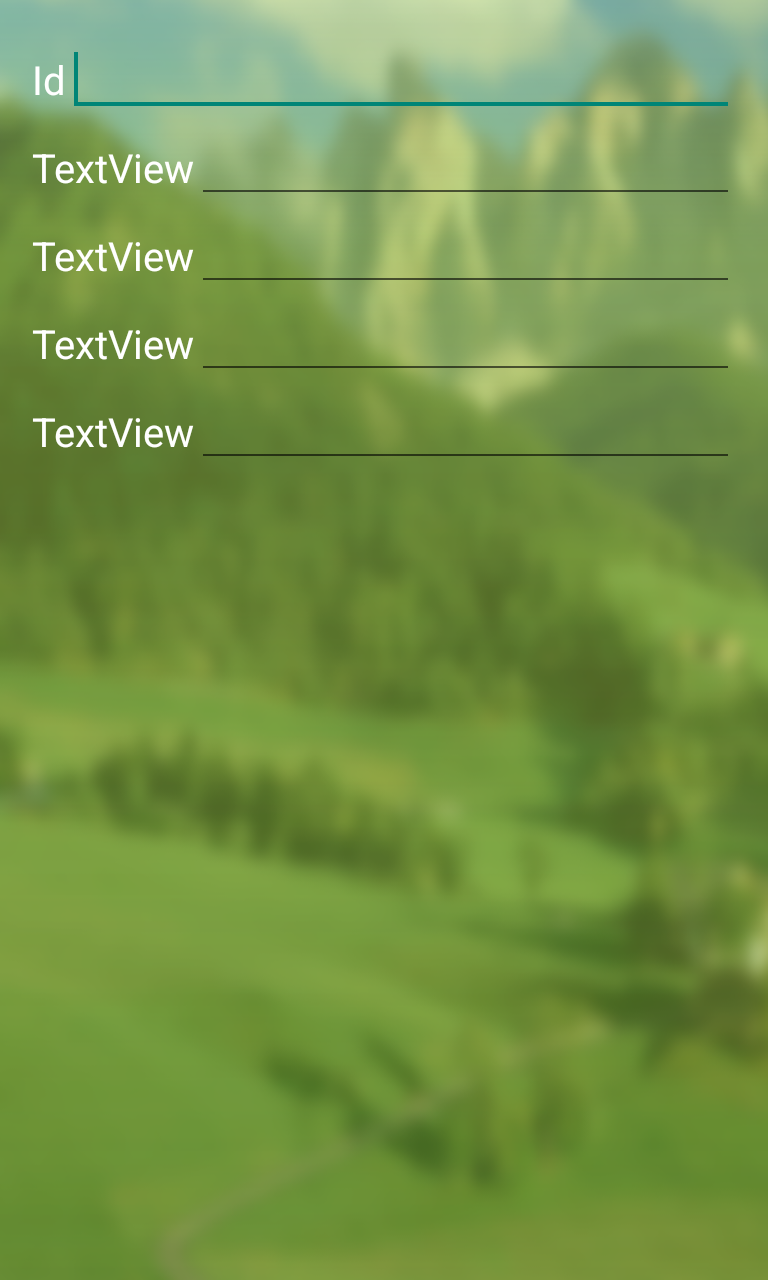
Repository: AntonioloNeviani/ProyectoDeInvestigacion_Android
Layout: FiliiStude/res/layout/activity_nuevo_usuario.xml
These files come from the project's save history. The layout is drawn as it stood at one moment and after the next save; the edit follows.
It is drawn on a 768 x 1280 px phone screen (xhdpi) without system bars, with theme AppTheme; the app's code is not run.

Above is the layout before, as saved 2015-05-26 08:18:23.

### FiliiStude/res/layout/activity_nuevo_usuario.xml
<RelativeLayout xmlns:android="http://schemas.android.com/apk/res/android"
    xmlns:tools="http://schemas.android.com/tools"
    android:layout_width="match_parent"
    android:layout_height="match_parent"
    android:background="@drawable/fondo4"
    android:paddingBottom="@dimen/activity_vertical_margin"
    android:paddingLeft="@dimen/activity_horizontal_margin"
    android:paddingRight="@dimen/activity_horizontal_margin"
    android:paddingTop="@dimen/activity_vertical_margin"
    tools:context="com.filii.filiistude.NuevoUsuario" >

    <LinearLayout
        android:layout_width="wrap_content"
        android:layout_height="wrap_content"
        android:layout_alignParentLeft="true"
        android:layout_alignParentRight="true"
        android:orientation="vertical" >

        <LinearLayout
            android:layout_width="match_parent"
            android:layout_height="wrap_content" >

            <TextView
                android:id="@+id/textView2"
                android:layout_width="wrap_content"
                android:layout_height="wrap_content"
                android:text="Id"
                android:textColor="#FFFFFF"
                android:textSize="20sp" />

            <EditText
                android:id="@+id/editText1"
                android:layout_width="wrap_content"
                android:layout_height="wrap_content"
                android:layout_weight="1"
                android:inputType="number"
                android:textColor="#FFFFFF"
                android:textSize="20sp" >

                <requestFocus />
            </EditText>

        </LinearLayout>

        <LinearLayout
            android:layout_width="match_parent"
            android:layout_height="wrap_content" >

            <TextView
                android:id="@+id/textView1"
                android:layout_width="wrap_content"
                android:layout_height="wrap_content"
                android:text="TextView"
                android:textColor="#FFFFFF"
                android:textSize="20sp" />

            <EditText
                android:id="@+id/editText2"
                android:layout_width="match_parent"
                android:layout_height="wrap_content"
                android:inputType="textPersonName"
                android:textColor="#FFFFFF"
                android:textSize="20sp" />

        </LinearLayout>

        <LinearLayout
            android:layout_width="match_parent"
            android:layout_height="wrap_content" >

            <TextView
                android:id="@+id/textView3"
                android:layout_width="wrap_content"
                android:layout_height="wrap_content"
                android:text="TextView"
                android:textColor="#FFFFFF"
                android:textSize="20sp" />

            <EditText
                android:id="@+id/editText3"
                android:layout_width="wrap_content"
                android:layout_height="wrap_content"
                android:layout_weight="1"
                android:inputType="textPersonName"
                android:textColor="#FFFFFF"
                android:textSize="20sp" />

        </LinearLayout>

        <LinearLayout
            android:layout_width="match_parent"
            android:layout_height="wrap_content" >

            <TextView
                android:id="@+id/textView4"
                android:layout_width="wrap_content"
                android:layout_height="wrap_content"
                android:text="TextView"
                android:textColor="#FFFFFF"
                android:textSize="20sp" />

            <EditText
                android:id="@+id/editText4"
                android:layout_width="wrap_content"
                android:layout_height="wrap_content"
                android:layout_weight="1"
                android:inputType="date"
                android:textColor="#FFFFFF"
                android:textSize="20sp" />

        </LinearLayout>

        <LinearLayout
            android:layout_width="match_parent"
            android:layout_height="wrap_content" >

            <TextView
                android:id="@+id/textView5"
                android:layout_width="wrap_content"
                android:layout_height="wrap_content"
                android:text="TextView"
                android:textColor="#FFFFFF"
                android:textSize="20sp" />

            <EditText
                android:id="@+id/editText5"
                android:layout_width="wrap_content"
                android:layout_height="wrap_content"
                android:layout_weight="1"
                android:inputType="textPersonName"
                android:textColor="#FFFFFF"
                android:textSize="20sp" />

        </LinearLayout>

    </LinearLayout>

</RelativeLayout>

Loaded but not shown: FiliiStude/res/values/styles.xml (common file); FiliiStude/res/values-v11/styles.xml (common file); FiliiStude/res/values-v14/styles.xml (common file); FiliiStude/res/values/dimens.xml (common file); FiliiStude/res/values-w820dp/dimens.xml (common file)

After the next save:
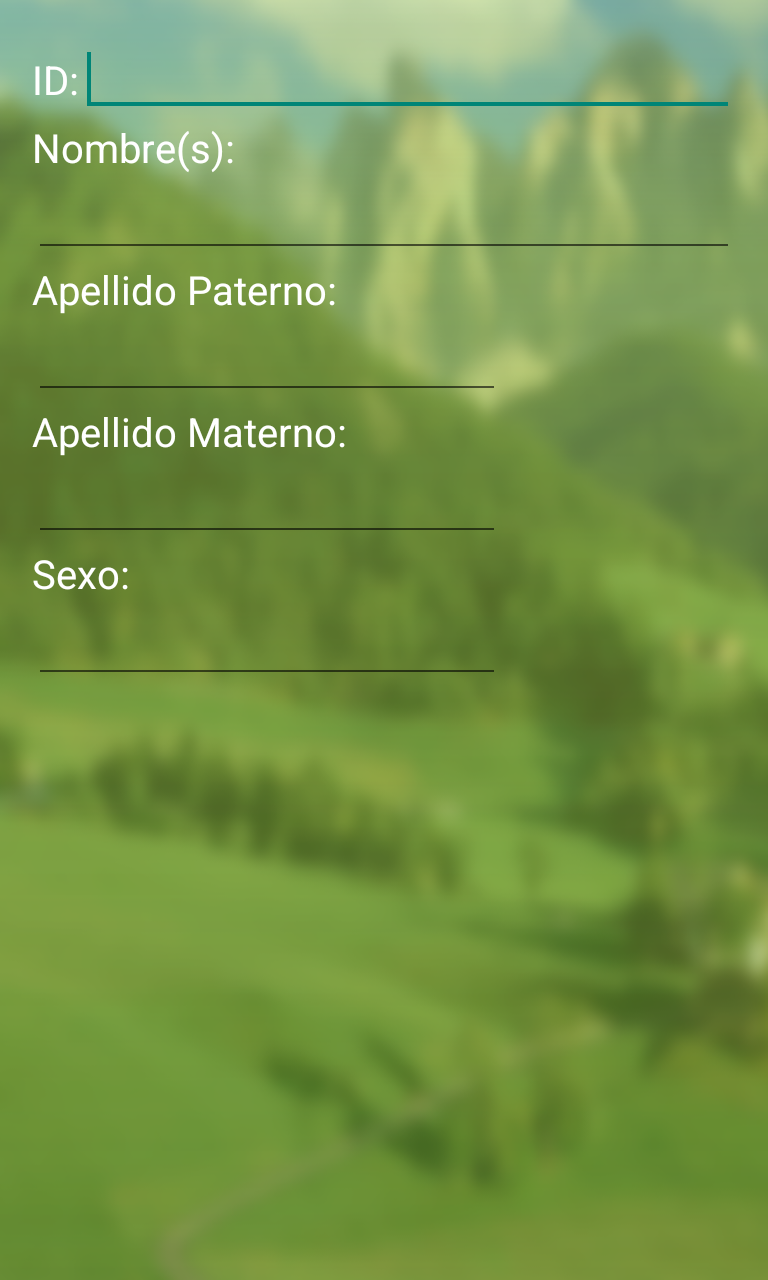
Saved 3 min 56 s later.
--- a/FiliiStude/res/layout/activity_nuevo_usuario.xml
+++ b/FiliiStude/res/layout/activity_nuevo_usuario.xml
@@ -24,7 +24,7 @@
                 android:id="@+id/textView2"
                 android:layout_width="wrap_content"
                 android:layout_height="wrap_content"
-                android:text="Id"
+                android:text="ID:"
                 android:textColor="#FFFFFF"
                 android:textSize="20sp" />
 
@@ -39,100 +39,78 @@
 
                 <requestFocus />
             </EditText>
-
         </LinearLayout>
 
-        <LinearLayout
+        <TextView
+            android:id="@+id/textView1"
+            android:layout_width="wrap_content"
+            android:layout_height="wrap_content"
+            android:text="Nombre(s): "
+            android:textColor="#FFFFFF"
+            android:textSize="20sp" />
+
+        <EditText
+            android:id="@+id/editText2"
             android:layout_width="match_parent"
-            android:layout_height="wrap_content" >
+            android:layout_height="wrap_content"
+            android:ems="10"
+            android:inputType="textPersonName"
+            android:textColor="#FFFFFF"
+            android:textSize="20sp" />
 
-            <TextView
-                android:id="@+id/textView1"
-                android:layout_width="wrap_content"
-                android:layout_height="wrap_content"
-                android:text="TextView"
-                android:textColor="#FFFFFF"
-                android:textSize="20sp" />
+        <TextView
+            android:id="@+id/textView3"
+            android:layout_width="wrap_content"
+            android:layout_height="wrap_content"
+            android:text="Apellido Paterno: "
+            android:textColor="#FFFFFF"
+            android:textSize="20sp" />
 
-            <EditText
-                android:id="@+id/editText2"
-                android:layout_width="match_parent"
-                android:layout_height="wrap_content"
-                android:inputType="textPersonName"
-                android:textColor="#FFFFFF"
-                android:textSize="20sp" />
+        <EditText
+            android:id="@+id/editText3"
+            android:layout_width="wrap_content"
+            android:layout_height="wrap_content"
+            android:layout_weight="1"
+            android:ems="10"
+            android:inputType="textPersonName"
+            android:textColor="#FFFFFF"
+            android:textSize="20sp" />
 
-        </LinearLayout>
+        <TextView
+            android:id="@+id/textView4"
+            android:layout_width="wrap_content"
+            android:layout_height="wrap_content"
+            android:text="Apellido Materno: "
+            android:textColor="#FFFFFF"
+            android:textSize="20sp" />
 
-        <LinearLayout
-            android:layout_width="match_parent"
-            android:layout_height="wrap_content" >
+        <EditText
+            android:id="@+id/editText4"
+            android:layout_width="wrap_content"
+            android:layout_height="wrap_content"
+            android:layout_weight="1"
+            android:ems="10"
+            android:inputType="date"
+            android:textColor="#FFFFFF"
+            android:textSize="20sp" />
 
-            <TextView
-                android:id="@+id/textView3"
-                android:layout_width="wrap_content"
-                android:layout_height="wrap_content"
-                android:text="TextView"
-                android:textColor="#FFFFFF"
-                android:textSize="20sp" />
+        <TextView
+            android:id="@+id/textView5"
+            android:layout_width="wrap_content"
+            android:layout_height="wrap_content"
+            android:text="Sexo: "
+            android:textColor="#FFFFFF"
+            android:textSize="20sp" />
 
-            <EditText
-                android:id="@+id/editText3"
-                android:layout_width="wrap_content"
-                android:layout_height="wrap_content"
-                android:layout_weight="1"
-                android:inputType="textPersonName"
-                android:textColor="#FFFFFF"
-                android:textSize="20sp" />
-
-        </LinearLayout>
-
-        <LinearLayout
-            android:layout_width="match_parent"
-            android:layout_height="wrap_content" >
-
-            <TextView
-                android:id="@+id/textView4"
-                android:layout_width="wrap_content"
-                android:layout_height="wrap_content"
-                android:text="TextView"
-                android:textColor="#FFFFFF"
-                android:textSize="20sp" />
-
-            <EditText
-                android:id="@+id/editText4"
-                android:layout_width="wrap_content"
-                android:layout_height="wrap_content"
-                android:layout_weight="1"
-                android:inputType="date"
-                android:textColor="#FFFFFF"
-                android:textSize="20sp" />
-
-        </LinearLayout>
-
-        <LinearLayout
-            android:layout_width="match_parent"
-            android:layout_height="wrap_content" >
-
-            <TextView
-                android:id="@+id/textView5"
-                android:layout_width="wrap_content"
-                android:layout_height="wrap_content"
-                android:text="TextView"
-                android:textColor="#FFFFFF"
-                android:textSize="20sp" />
-
-            <EditText
-                android:id="@+id/editText5"
-                android:layout_width="wrap_content"
-                android:layout_height="wrap_content"
-                android:layout_weight="1"
-                android:inputType="textPersonName"
-                android:textColor="#FFFFFF"
-                android:textSize="20sp" />
-
-        </LinearLayout>
-
+        <EditText
+            android:id="@+id/editText5"
+            android:layout_width="wrap_content"
+            android:layout_height="wrap_content"
+            android:layout_weight="1"
+            android:ems="10"
+            android:inputType="textPersonName"
+            android:textColor="#FFFFFF"
+            android:textSize="20sp" />
     </LinearLayout>
 
 </RelativeLayout>
